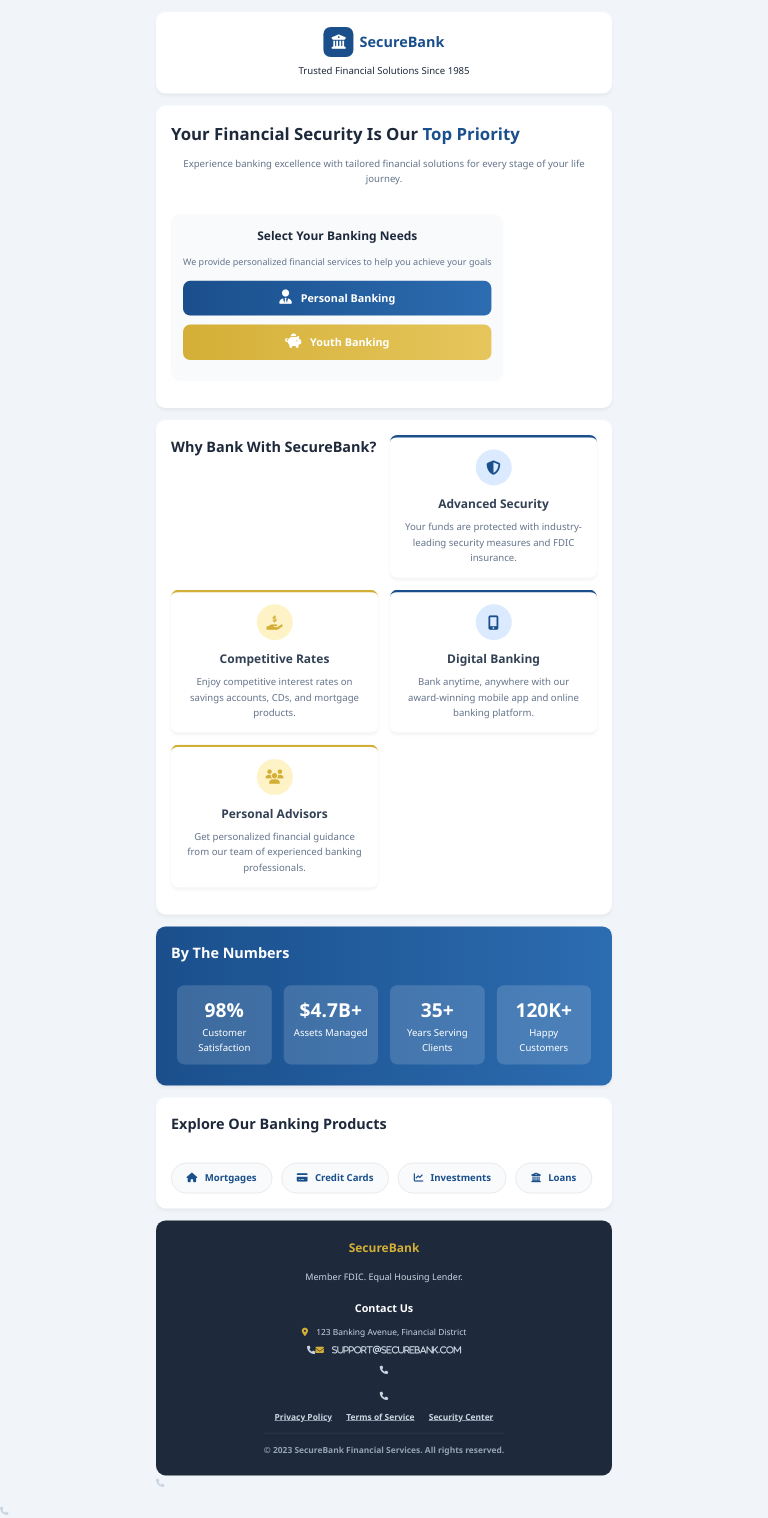
Repository: meenadabhii/loancalculator.nurcodes.com
Page: index.html
These files come from the project's save history. The page is drawn as it stood at one moment and after the next save; the edit follows.
The browser window is 1280 px wide. The pictures show the whole page, at 60% of full size.

Above is the page before, as saved 2025-08-28 15:14:39.

After the next save:
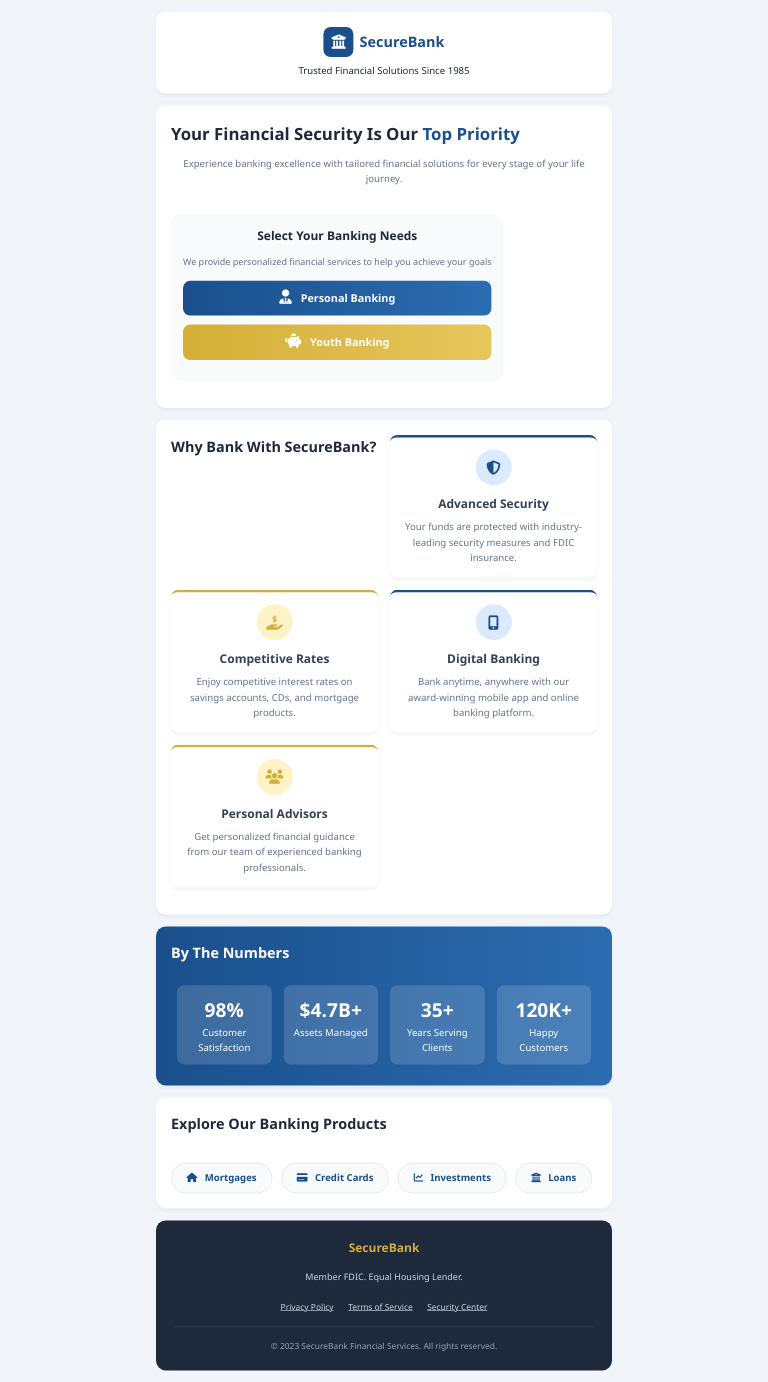
Saved 7 s later.
--- a/index.html
+++ b/index.html
@@ -294,14 +294,7 @@
             <h3 style="font-size: 20px; font-weight: 700; margin-bottom: 20px; color: var(--accent-gold);">SecureBank</h3>
             <p style="color: #cbd5e1; margin-bottom: 25px; font-size: 15px;">Member FDIC. Equal Housing Lender.</p>
 
-            <div style="margin-bottom: 25px;">
-                <h4 style="font-size: 18px; font-weight: 600; margin-bottom: 15px; color: white;">Contact Us</h4>
-                <p style="color: #cbd5e1; margin-bottom: 8px; font-size: 14px;"><i class="fas fa-map-marker-alt"
-                        style="margin-right: 10px; color: var(--accent-gold);"></i> 123 Banking Avenue, Financial District</p>
-                <p style="color: #cbd5e1; margin-bottom: 8px; font-size: 14px;"><i class="fas fa-phone"
-                <p style="color: #cbd5e1; font-size: 14px;"><i class="fas fa-envelope"
-                        style="margin-right: 10px; color: var(--accent-gold);"></i> support@securebank.com</p>
-            </div>
+
 
             <div style="margin: 20px 0;">
                 <a href="#" style="color: #cbd5e1; margin: 0 10px; font-size: 14px;">Privacy Policy</a>
